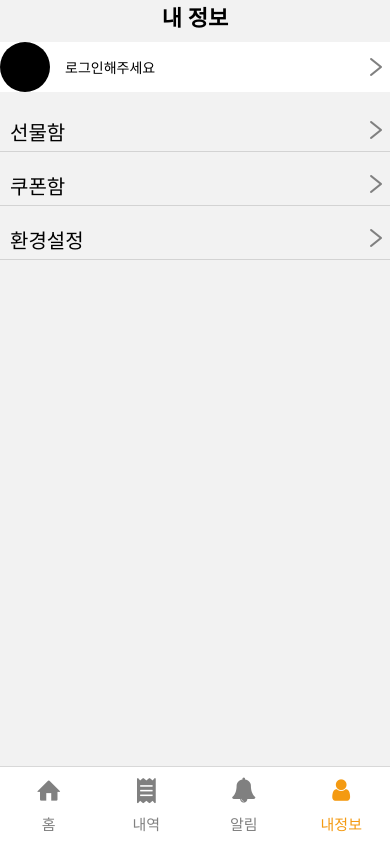
Repository: Unique0902/GachiDutch
Screen: /User
The author's editor kept a copy of each file at every save. The screen is drawn from the files as they stood at one save, then again after the next save.
The app was drawn by React Native's web renderer in a window 390 px wide. The project was rebuilt for these pictures with package versions that can differ from the ones it lists, and the page was loaded fresh each time. Some packages were replaced by stand-ins written for this rebuild. Also part of the build but not shown: sources/components/lowBar/lowBar.jsx, sources/components/taxi/taxi.jsx, sources/components/alarm/alert.js, sources/components/alarm/alarm.jsx, sources/components/dutch_history/dutch_history.jsx, sources/components/dutchpay_historys/dutchpay_historys.jsx, sources/components/delivery_historys/delivery_historys.jsx, sources/components/taxi_historys/taxi_historys.jsx and 3 more.

Above is the screen before, as saved 2022-11-11 16:53:53.

After the next save:
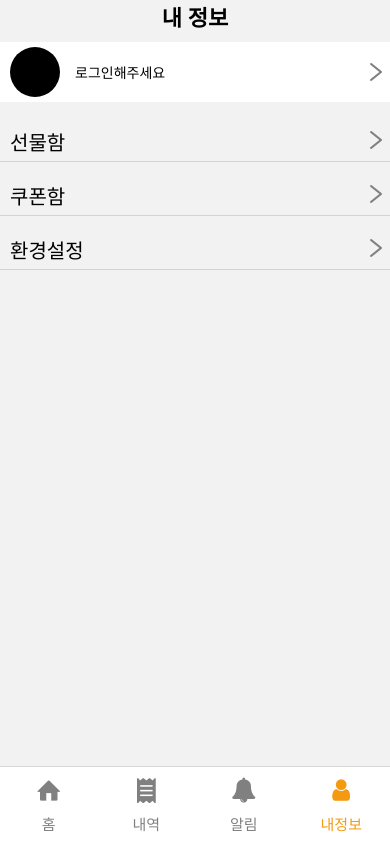
Saved 17 s later.
--- a/sources/components/user/user.jsx
+++ b/sources/components/user/user.jsx
@@ -157,6 +157,8 @@ const styles = StyleSheet.create({
   },
   profileBtn: {
     marginTop: 10,
+    padding: 5,
+    paddingHorizontal: 10,
     flexDirection: 'row',
     alignItems: 'center',
     backgroundColor: 'white',
